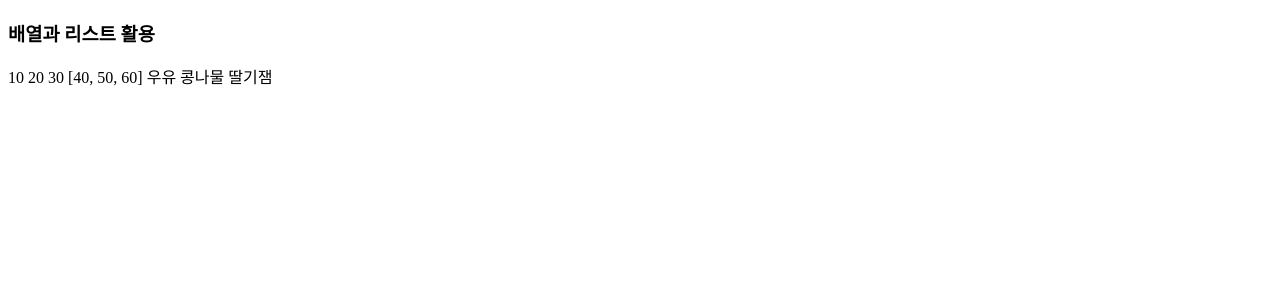
Repository: dbstjrals130/jspworks
Page: http://localhost/jwbook/ch01/scriptlet2.jsp
These files come from the project's save history. The page is drawn as it stood at one moment and after the next save; the edit follows.
The browser window is 1280 px wide. The pictures show the whole page.
The page is served by Tomcat 9.

Above is the page before, as saved 2023-11-20 02:45:42.

### jwbook/src/main/webapp/ch01/scriptlet2.jsp
<%@page import="java.util.ArrayList"%>
<%@page import="java.util.Arrays"%>
<%@ page language="java" contentType="text/html; charset=UTF-8"
    pageEncoding="UTF-8"%>
<!DOCTYPE html>
<html>
<head>
<meta charset="UTF-8">
<title>배열과 리스트 활용</title>
</head>
<body>
	<h3>배열과 리스트 활용</h3>
	<%
		//배열
		int[] arr = new int[] {10, 20, 30};
		for(int i=0; i<arr.length; i++) {
			out.println(arr[i]);
		}

		//Arrays 클래스
		int arr2[] = new int[]{40, 50, 60};
		out.println(Arrays.toString(arr2));

		//ArrayList 클래스
		ArrayList<String> cart = new ArrayList<>();
		cart.add("우유");
		cart.add("콩나물");
		cart.add("딸기잼");

		//향상 for문
		for(String c : cart){
			out.println(c);
		}

	%>
</body>
</html>

After the next save:
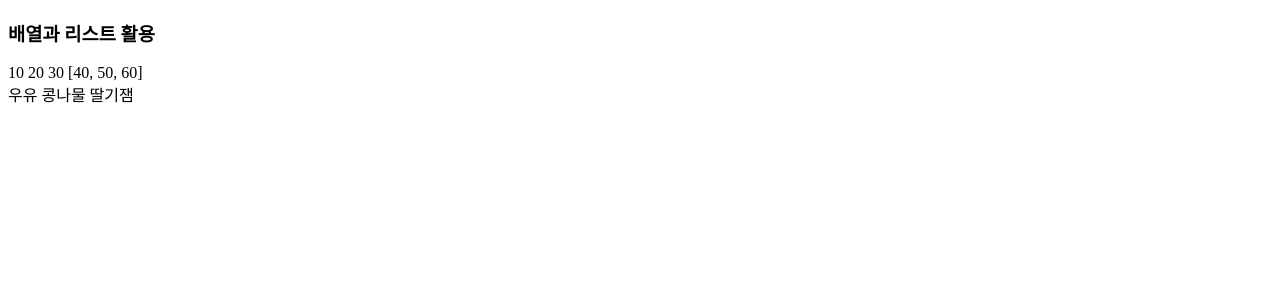
Saved 24 s later.
--- a/jwbook/src/main/webapp/ch01/scriptlet2.jsp
+++ b/jwbook/src/main/webapp/ch01/scriptlet2.jsp
@@ -27,6 +27,8 @@
 		cart.add("콩나물");
 		cart.add("딸기잼");
 
+		out.println("<br>");
+
 		//향상 for문
 		for(String c : cart){
 			out.println(c);
